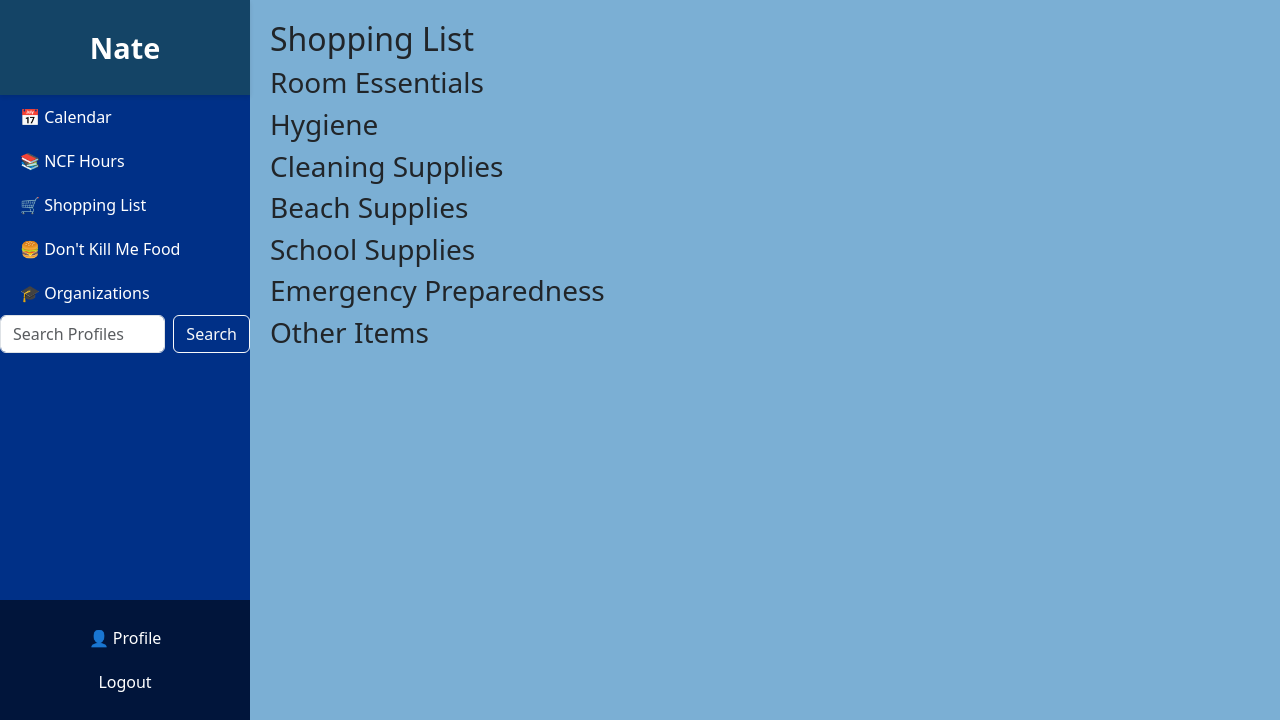
Repository: NateClarkTech/SoftwareEngineeringProject2
Page: http://localhost/shoppinglist/
The author's editor kept a copy of each file at every save. The page is drawn from the files as they stood at one save, then again after the next save.
The browser window is 1280 px wide. The pictures show the whole page.
The page is served by the project's application, run on Django 5.2 (manage.py). The first stored user is signed in. The page reads the database file committed with the project.

Above is the page before, as saved 2024-03-10 19:05:03.

After the next save:
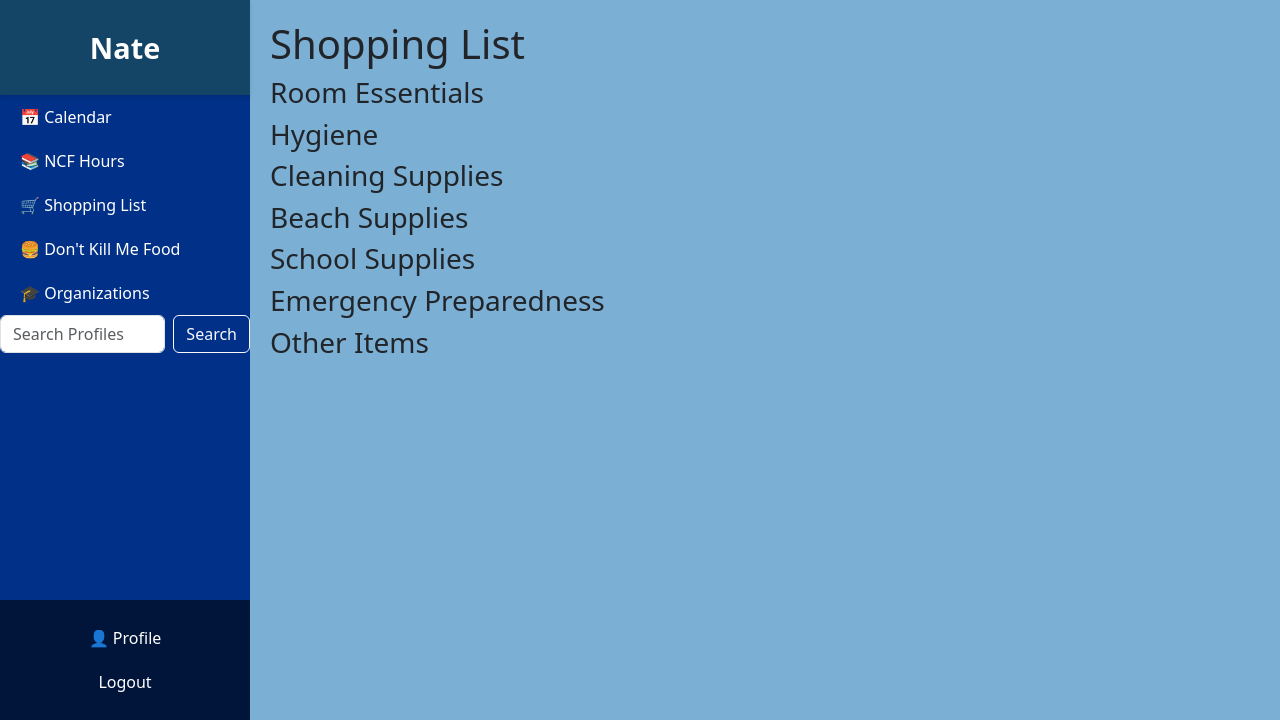
Saved 16 s later.
--- a/ShoppingList/templates/shoppinglist.html
+++ b/ShoppingList/templates/shoppinglist.html
@@ -16,7 +16,7 @@
 {% block content %}
 <div>
     {% if user.is_authenticated %}
-    <h2>Shopping List</h2>
+    <h1>Shopping List</h1>
     {% for category in itemCategories %}
         <h3>{{ category }}</h3>
         {% for item in shoppingItems %}
